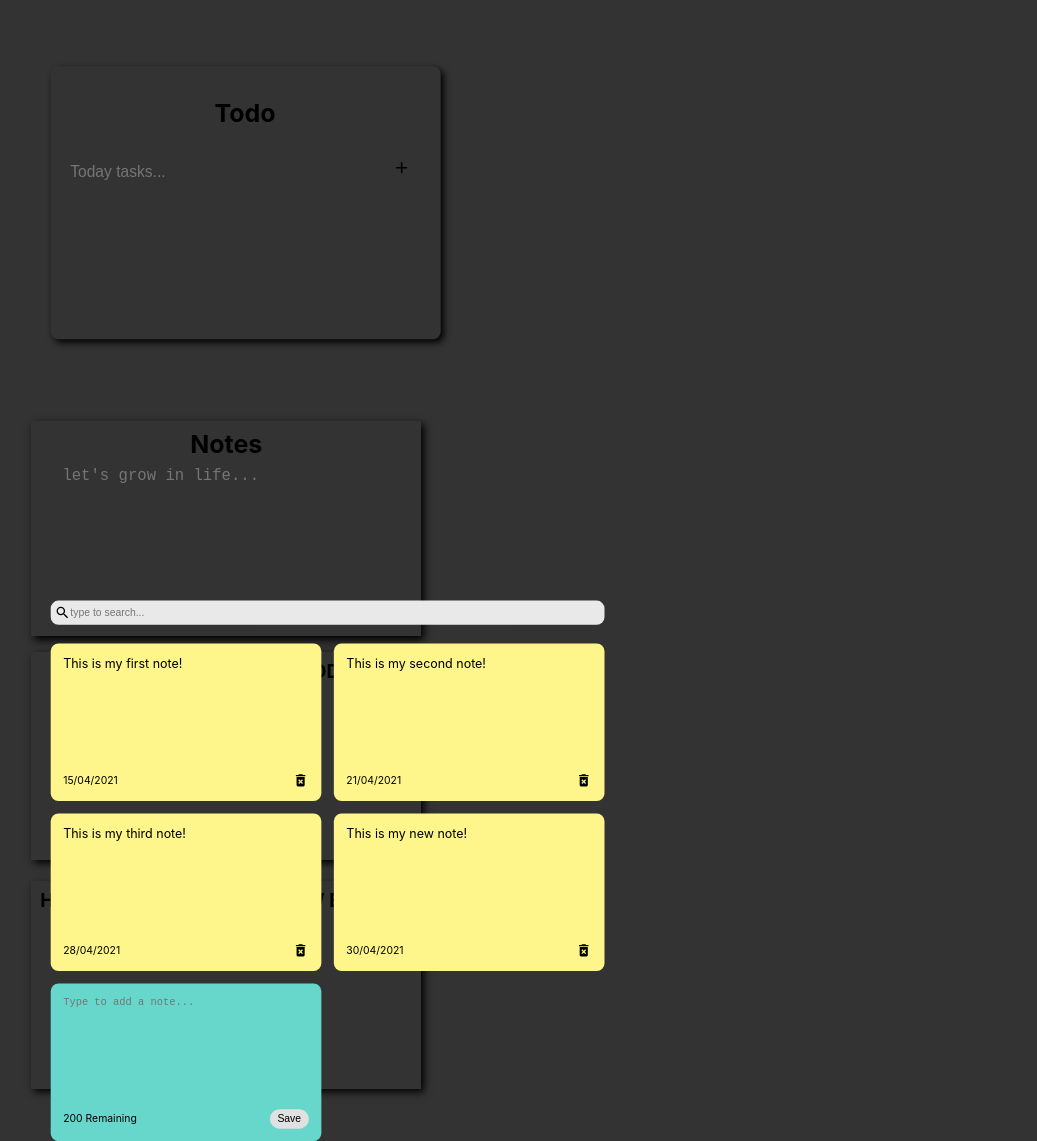
Repository: subhamRsahoo/note
Page: /
These files come from the project's save history. The page is drawn as it stood at one moment and after the next save; the edit follows.
The browser window is 1280 px wide. The page is 1330 px wide, so the pictures cover 1330 px, including what lies to the right of the window. The pictures show the whole page, at 78% of full size.
The project was rebuilt for these pictures with package versions that can differ from the ones it lists, and the page was loaded fresh each time.

Above is the page before, as saved 2021-07-15 17:45:36.

### public/index.html
<!DOCTYPE html>
<html lang="en">
  <head>
    <meta charset="utf-8" />
    <link rel="icon" href="%PUBLIC_URL%/favicon.ico" />
    <meta name="viewport" content="width=device-width, initial-scale=1" />
    <meta name="theme-color" content="#000000" />
    <meta
      name="description"
      content="Web site created using create-react-app"
    />
    <link rel="apple-touch-icon" href="%PUBLIC_URL%/logo192.png" />
    <link rel="manifest" href="%PUBLIC_URL%/manifest.json" />


    <!-- <link rel="stylesheet" href="https://cdnjs.cloudflare.com/ajax/libs/font-awesome/5.15.3/css/font-awesome.min.css"/> -->

    <!-- <link rel="stylesheet" href="https://bootswatch.com/4/materia/bootstrap.com"/> -->

    <title>React App</title>
  </head>
  <body>
    <noscript>You need to enable JavaScript to run this app.</noscript>
    <div id="root"></div>
  </body>
</html>

### src/App.js
import React from 'react'
import Hub from './components/Hub';
import Hub1 from './components/aaaa/Hub1';
import A from './components/New folder/A';

function App() {
    return (
        <div>
            <Hub/>
            <Hub1/>
            <A/>
        </div>
    )
}

export default App

### src/components/Hub.js
import React , {useState , useEffect}from "react";
import Header from "./Header";
import Form from "./Form";
import TodoList from "./TodoList";
import './App.css';


const Hub = () => {
  const initalState = JSON.parse(localStorage.getItem("todos")) || [];
  const [input ,setInput] = useState("");
  const [todos ,setTodos] = useState(initalState);
  const [editTodo , setEditTodo] = useState(null);

  useEffect(() => {
    localStorage.setItem("todos" , JSON.stringify(todos))
  }, [todos]);
  return (
    <div className="container">
      <div className="app-wrapper">
        <div>
          <Header/>
        </div>
        <div>
          <Form
          input={input}
          setInput={setInput}
          todos={todos}
          setTodos={setTodos}
          editTodo={editTodo}
          setEditTodo={setEditTodo}
          />
        </div>
        <div>
          <TodoList todos={todos} setTodos={setTodos} setEditTodo={setEditTodo}/>
        </div>
      </div>
    </div>

  );
}

export default Hub;

### src/components/aaaa/Hub1.js
import React, { Component } from 'react';
import FormDataComponent from './components/form-data.component';
class  Hub1 extends Component {
  render() {
    return (
      <div >
        <FormDataComponent />
      </div>
    );
  }
}

export default Hub1;

### src/components/New folder/A.js
import React from 'react';
import './index.css';
import App from './App';


function A() {
    return (
        <div>
            <App />
        </div>
    )
}

export default A

### src/components/Header.js
import React from 'react'

function Header() {
    return (
        <div className="header">
            <h1>Todo</h1>
        </div>
    )
}

export default Header

### src/components/Form.js
import React , {useEffect} from 'react'
import {v4 as uuidv4} from "uuid";
import AddIcon from '@material-ui/icons/Add';

 const Form =({input , setInput , todos , setTodos , editTodo , setEditTodo }) => {
     const updateTodo = (title , id, completed) =>
     {
         const newTodo = todos.map((todo)=>

             todo.id === id ? {title,id, completed} : todo
         )
         setTodos(newTodo);
         setEditTodo("");
     }
     useEffect(() =>
     {
         if(editTodo)
         {
             setInput(editTodo.title);
         }else{
             setInput("")
         }
     }, [setInput , editTodo]);

     const onInputChange= (event) =>
     {
       setInput(event.target.value);
     };

     const onFormSubmit = (event) =>
     {
        event.preventDefault();
        if(!editTodo){
            setTodos([...todos , {id:uuidv4(), title: input , completed: false}]);
            setInput("");
        }else{
            updateTodo(input , editTodo.id , editTodo.completed)
        }
     }
    return (
       <form onSubmit={onFormSubmit}>
           <input type="text" placeholder="Today tasks... " className="task-input"
           value={input} required onChange={onInputChange} limit={3}/>
           <button type="submit" className="Add">
            <AddIcon/>
           </button>
       </form>
    )
}

export default Form

### src/components/TodoList.js
import React from 'react'
import DoneIcon from '@material-ui/icons/Done';
import EditIcon from '@material-ui/icons/Edit';
import DeleteIcon from '@material-ui/icons/Delete';

const TodoList = ({todos , setTodos , setEditTodo}) => {

    const handleDelete = ({id}) =>
    {
        setTodos(todos.filter((todo) => todo.id !== id));
    }

    const handleComplete = (todo) =>
    {
        setTodos(
            todos.map((item) => {
                if(item.id === todo.id){
                    return {...item , completed: !item.completed};
                }
                return item
            })
        )
    }

    const handleEdit =({id}) =>{
        const findTodo = todos.find((todo) => todo.id === id);
        setEditTodo(findTodo);
    };
    return (
        <div>
           {todos.map((todo) => (
               <li className="list-item"  key={todo.id}>
                   <input type="text"
                     value={todo.title}
                     className={`list ${todo.completed ? "complete" : "" }`}
                     onChange={(event)=> event.preventDefault()}
                   />
                   <div>
                       <button className="button-complete task-button" onClick={() => handleComplete(todo)}>
                          <i><DoneIcon/></i>
                       </button>
                       <button className="button-edit task-button" onClick={()=> handleEdit(todo)}>
                          <i><EditIcon/></i>
                       </button>
                       <button className="button-delete task-button"  onClick={()=> handleDelete(todo)}>
                          <i><DeleteIcon/></i>
                       </button>
                   </div>
               </li>
           ))}
        </div>
    );
}

export default TodoList;

### src/components/App.css
::-webkit-scrollbar {
  width: 9px;
}
::-webkit-scrollbar-thumb {
  background-color: #a8a8a8;
}
::-webkit-scrollbar-thumb:hover {
  background: #828282;
}
::-webkit-scrollbar-track {
  background: #cccccc;
}

body {
  font-family: -apple-system, BlinkMacSystemFont, 'Segoe UI', 'Roboto', 'Oxygen',
    'Ubuntu', 'Cantarell', 'Fira Sans', 'Droid Sans', 'Helvetica Neue',
    sans-serif;
  -webkit-font-smoothing: antialiased;
  -moz-osx-font-smoothing: grayscale;
  background: #333;
}

code {
  font-family: source-code-pro, Menlo, Monaco, Consolas, 'Courier New',
    monospace;
}


*
{
  margin: 0;
  padding: 0;
}

.container
{
  margin-top: 10px;
  width: 100%;
  min-height: 55vh;
  display: grid;
  justify-content: left;
  /* margin-left: 40px; */
  right: 570px;
  align-items: center;
  position: relative;
  box-sizing: border-box;
  /* left: 40px; */
}

.app-wrapper
{
  background-color: #333;
  width: 500px;
  min-height: 350px;
  padding: 10px;
  box-sizing: border-box;
  border-radius: 10px;
  box-shadow: 4px 4px 10px #000;
  /* margin-bottom: 150px; */

}

.header h1
{
  color: black;
  text-align: left;
  margin: 30px 0;
  margin-left: 200px;
}

.task-input
{
  outline: none;
  width: 350px;
  padding: 15px;
  margin-right: 25px;
  font-size: 20px;
  color: white;
  background-color: #333;
  border: none;
  border-radius: 10px;
}

.task-input:hover
{
  box-shadow: 6px 4px 10px #000;
}

.Add
{
  width: 70px;
  padding: 5px 5px;
  border: 0;
  cursor: pointer;
  border-style: transparent;
  background-color: #333;
}

.Add:hover
{
  border-radius: 10px;
  box-shadow: 6px 4px 10px #000;
}

.list-item
{
  display: flex;
  margin: 20px 0;
  border: none;
  border-radius: 10px;
  padding: 7px;
  max-height: 20px;
}

.list-item:hover
{
  box-shadow: 6px 4px 10px #000;
}

.button-complete,
.button-delete,
.button-edit
{
  border: none;
  outline: none;
  cursor: pointer;
  background-color: transparent;
  font-size: 20px;
  border-radius: 50%;
}

.button-complete
{
  color: #ff6c6c;
  margin-right: 10px;
  margin-left: 70px;
}

.button-edit
{
  color: #e2d029;
  margin-right: 10px;
}

.button-delete
{
  color: lightseagreen;
}

.complete
{
  text-decoration-style: solid;
  text-decoration-line: line-through;
  text-decoration-color: #ff6c6c;
  opacity: 0.6;
}

.list
{
  width: 250px;
  background-color: #333;
  border: none;
  color: wheat;
  font-size: 20px;
  padding-left: 10px;
  margin-right: 15px;
}

input:focus,
button:focus
{
  outline: none;
}

@media screen and (max-width:768px)
{
  .container
  {
    left : 120px;
  }
  .app-wrapper
  {

    min-width: 400px;
    min-height: 260px;
    /* margin-top: 15px; */
  }
}

@media screen and (max-width:540px)
{
  .container
  {
    left: 40px;
  }
}

@media screen and (max-width: 1020px)
{
  .app-wrapper
  {
    min-width: 200px;
    min-height: 260px;
    margin-top: 15px;
  }
}

### src/components/aaaa/components/form-data.component.js
import React, { Component } from 'react';
import './design.css';
export default class FormDataComponent extends Component {
    userData;

    constructor(props) {
        super(props);

        this.onChangeName = this.onChangeName.bind(this);
        this.onChangeName1 = this.onChangeName1.bind(this);
        this.onChangeName2 = this.onChangeName2.bind(this);
        this.onSubmit = this.onSubmit.bind(this);

        this.state = {
            name: '',
            name1: '',
            name2: ''
        }
    }

    // Form Values
    onChangeName(e) {
        this.setState({ name: e.target.value })
    }

    onChangeName1(e) {
        this.setState({ name1: e.target.value })
    }

    onChangeName2(e) {
        this.setState({ name2: e.target.value })
    }


    // React Life Cycle
    componentDidMount() {
        this.userData = JSON.parse(localStorage.getItem('user'));

        if (localStorage.getItem('user')) {
            this.setState({
                name: this.userData.name,
                name1: this.userData.name1,
                name2: this.userData.name2
            })
        } else {
            this.setState({
                name: '',
                name1: '',
                name2: ''
            })
        }
    }

    componentWillUpdate(nextProps, nextState) {
        localStorage.setItem('user', JSON.stringify(nextState));
    }

    onSubmit(e) {
        e.preventDefault()
        console.log(this.state.props)
    }


    render() {
        return (

                <form className="form" onSubmit={this.onSubmit}>
                    <div className="contain">
                        <h1>Notes</h1>
                        <textarea type="text" placeholder="let's grow in life..." className="text1" value={this.state.name} onChange={this.onChangeName} />
                        {/* <button type="submit" className="btn1">Save</button> */}
                    </div>


                    <div className="contain1">
                        <h2>WHAT I LEARNED FROM TODAY?</h2>
                        <textarea type="text" placeholder="What i learned from today noenough for Tomorrow" className="text2" value={this.state.name1} onChange={this.onChangeName1} />
                        {/* <button type="submit" className="btn2">Save</button> */}
                    </div>

                    <div className="contain2">
                        <h2>HOW CAN I MAKE TOMORROW BETTER?</h2>
                        <textarea type="text" placeholder="let's change the lifestyle" className="text3" value={this.state.name2} onChange={this.onChangeName2} />
                        {/* <button type="submit" className="btn3">Save</button> */}
                    </div>
                </form>

        )
    }
}

### src/components/New folder/index.css
body {
	margin: 0;
	font-family: -apple-system, BlinkMacSystemFont, 'Segoe UI',
		'Roboto', 'Oxygen', 'Ubuntu', 'Cantarell', 'Fira Sans',
		'Droid Sans', 'Helvetica Neue', sans-serif;
	-webkit-font-smoothing: antialiased;
	-moz-osx-font-smoothing: grayscale;
}

code {
	font-family: source-code-pro, Menlo, Monaco, Consolas,
		'Courier New', monospace;
}

.header {
	display: flex;
	align-items: center;
	justify-content: space-between;
}

.dark-mode {
	background-color: black;
}

.dark-mode h1 {
	color: white;
}

.container {
	display: grid;
	min-width: 1260px;
	margin-right: auto;
	left: 50px;
	padding-right: 15px;
	padding-left: 15px;
	min-height: 500px;
}

.notes-list {
	display: grid;
	grid-gap: 1rem;
	grid-template-columns: repeat(
		auto-fill,
		minmax(250px, 1fr)
	);
}

.note.new {
	background-color: #67d7cc;
}

textarea {
	border: none;
	resize: none;
	background-color: #67d7cc;
}

textarea:focus {
	outline: none;
}

.save {
	background-color: #e1e1e1;
	border: none;
	border-radius: 15px;
	padding: 5px 10px 5px 10px;
}

.save:hover {
	background-color: #ededed;
	cursor: pointer;
}

.note {
	background-color: #fef68a;
	border-radius: 10px;
	padding: 1rem;
	min-height: 170px;
	display: flex;
	flex-direction: column;
	justify-content: space-between;
	white-space: pre-wrap;
}

.note-footer {
	display: flex;
	align-items: center;
	justify-content: space-between;
}

.delete-icon {
	cursor: pointer;
}

.search {
	display: flex;
	align-items: center;
	background-color: rgb(233, 233, 233);
	width: 700px;
	border-radius: 10px;
	padding: 5px;
	margin-bottom: 1.5em;
}

.search input {
	border: none;
	background-color: rgb(233, 233, 233);
	width: 100%;
}

.search input:focus {
	outline: none;
}

### src/components/New folder/App.js
import { useState, useEffect } from 'react';
import { nanoid } from 'nanoid';
import NotesList from './components/NotesList';
import Search from './components/Search';

const App = () => {
	const [notes, setNotes] = useState([
		{
			id: nanoid(),
			text: 'This is my first note!',
			date: '15/04/2021',
		},
		{
			id: nanoid(),
			text: 'This is my second note!',
			date: '21/04/2021',
		},
		{
			id: nanoid(),
			text: 'This is my third note!',
			date: '28/04/2021',
		},
		{
			id: nanoid(),
			text: 'This is my new note!',
			date: '30/04/2021',
		},
	]);

	const [searchText, setSearchText] = useState('');

	useEffect(() => {
		const savedNotes = JSON.parse(
			localStorage.getItem('react-notes-app-data')
		);

		if (savedNotes) {
			setNotes(savedNotes);
		}
	}, []);

	useEffect(() => {
		localStorage.setItem(
			'react-notes-app-data',
			JSON.stringify(notes)
		);
	}, [notes]);

	const addNote = (text) => {
		const date = new Date();
		const newNote = {
			id: nanoid(),
			text: text,
			date: date.toLocaleDateString(),
		};
		const newNotes = [...notes, newNote];
		setNotes(newNotes);
	};

	const deleteNote = (id) => {
		const newNotes = notes.filter((note) => note.id !== id);
		setNotes(newNotes);
	};

	return (
		<div >
			<div className='container'>
				<Search handleSearchNote={setSearchText} />
				<NotesList
					notes={notes.filter((note) =>
						note.text.toLowerCase().includes(searchText)
					)}
					handleAddNote={addNote}
					handleDeleteNote={deleteNote}
				/>
			</div>
		</div>
	);
};

export default App;

### src/components/aaaa/components/design.css
.form
{
    width: 100%;
    height: 250px;
    display: grid;
    margin: 0;
    padding: 0;
}


.contain
{
    display: grid;
    width: 500px;
    left: 40px;
    top: 30px;
    bottom: 10px;
    box-shadow: 4px 4px 10px #000;
    position: relative;
    box-sizing: border-box;

}

.text1
{
    margin-top: 10px;
   width: 400px;
   height: 197px;
   margin-left: 40px;
   background-color: #333;
   border-style: none;
   color: white;
   border-style: none;
   font-size: 20px;
   margin-bottom: 20px;
}

.text1:hover
{
    box-shadow: 4px 4px 10px #000;
}

.contain h1
{
    margin-top: 10px;
   text-align: center;
}

/* .btn1
{
    background-color: #333;
    margin-left: 70px;
    text-decoration-color: white;
    border-style: none;
    color: white;
    cursor: pointer;
    margin-bottom: 10px;
    padding: 8px 8px;
    border-radius: 10px;
}

.btn1:hover
{
    box-shadow: 4px 4px 10px #000;
    padding: 8px 8px;
} */


.contain1
{
    width: 500px;
    top: 50px;
    left: 40px;
    box-shadow: 4px 4px 10px #000;
    position: relative;
    box-sizing: content-box;
    display: grid;
}

.text2
{
    margin-top: 10px;
    width: 400px;
    height: 197px;
    margin-left: 40px;
    background-color: #333;
    border-style: none;
    color: white;
    border-style: none;
    font-size: 20px;
    margin-bottom: 20px;
}

.text2:hover
{
    box-shadow: 4px 4px 10px #000;
}


.contain1 h2
{
    margin-top: 10px;
   text-align: center;
}

/* .btn2
{
    background-color: #333;
    margin-left: 70px;
    text-decoration-color: white;
    border-style: none;
    color: white;
    cursor: pointer;
    margin-bottom: 10px;
    padding: 8px 8px;
    border-radius: 10px;
}

.btn2:hover
{
    box-shadow: 4px 4px 10px #000;
    padding: 8px 8px;
} */

.contain2
{
   width: 500px;
    margin-top: 620px;
    margin-left: 40px;
    /* bottom: 630px; */
    box-shadow: 4px 4px 10px #000;
    position: absolute;
    box-sizing:border-box;
    display: grid;
}

.text3
{
    margin-top: 10px;
    width: 400px;
    height: 197px;
    margin-left: 40px;
    background-color: #333;
    border-style: none;
    color: white;
    border-style: none;
    font-size: 20px;
    margin-bottom: 20px;
}

.text3:hover
{
    box-shadow: 4px 4px 10px #000;
}


.contain2 h2
{
    margin-top: 10px;
   text-align: center;
}

/* .btn3
{
    background-color: #333;
    margin-left: 70px;
    text-decoration-color: white;
    border-style: none;
    color: white;
    cursor: pointer;
    margin-bottom: 10px;
    padding: 8px 8px;
    border-radius: 10px;
}

.btn3:hover
{
    box-shadow: 4px 4px 10px #000;
    padding: 8px 8px;
} */

@media screen and (max-width:768px)
{
    .contain
    {
        left: 80px;
    }
    .contain1
    {
        left: 80px;
    }
    .contain2
    {
        left: 80px;
    }
}

@media screen and (max-width: 540px)
{
    .contain
    {
        left: 0;
    }
    .contain1
    {
        left: 0px;
    }
    .contain2
    {
        left: 0px;
    }
}

### src/components/New folder/components/AddNote.js
import { useState } from 'react';

const AddNote = ({ handleAddNote }) => {
	const [noteText, setNoteText] = useState('');
	const characterLimit = 200;

	const handleChange = (event) => {
		if (characterLimit - event.target.value.length >= 0) {
			setNoteText(event.target.value);
		}
	};

	const handleSaveClick = () => {
		if (noteText.trim().length > 0) {
			handleAddNote(noteText);
			setNoteText('');
		}
	};

	return (
		<div className='note new'>
			<textarea
				rows='8'
				cols='10'
				placeholder='Type to add a note...'
				value={noteText}
				onChange={handleChange}
			></textarea>
			<div className='note-footer'>
				<small>
					{characterLimit - noteText.length} Remaining
				</small>
				<button className='save' onClick={handleSaveClick}>
					Save
				</button>
			</div>
		</div>
	);
};

export default AddNote;

Loaded but not shown: src/index.js (common file); src/components/New folder/components/NotesList.js (common file); src/components/New folder/components/Search.js (common file); src/components/New folder/components/Note.js (common file)

After the next save:
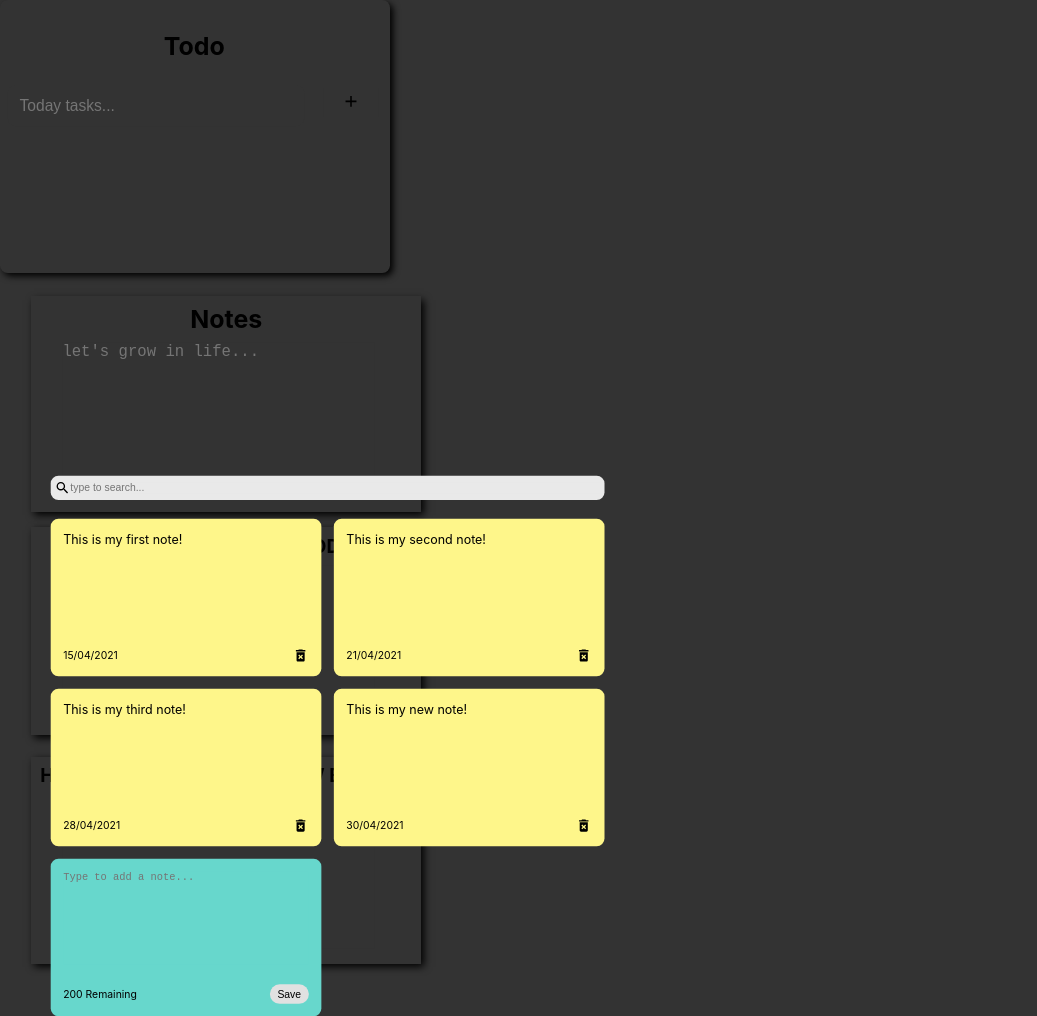
Saved 19 s later.
--- a/src/components/Hub.js
+++ b/src/components/Hub.js
@@ -15,7 +15,7 @@ const Hub = () => {
     localStorage.setItem("todos" , JSON.stringify(todos))
   }, [todos]);
   return (
-    <div className="container">
+    <div className="container1">
       <div className="app-wrapper">
         <div>
           <Header/>
